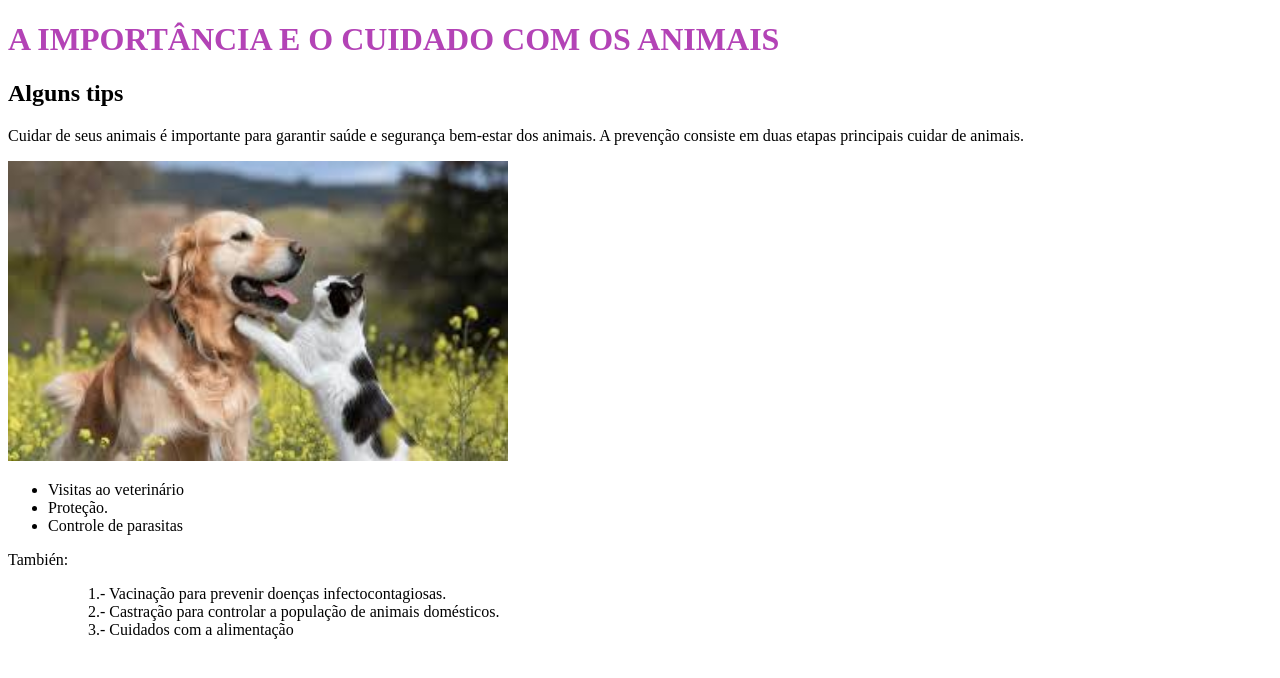
Repository: AnaFzCz/PROYECTOS-HTML---CSS2
Page: Ex_project_1/index.html
These files come from the project's save history. The page is drawn as it stood at one moment and after the next save; the edit follows.
The browser window is 1280 px wide. The pictures show the whole page.

Above is the page before, as saved 2025-01-20 07:02:42.

After the next save:
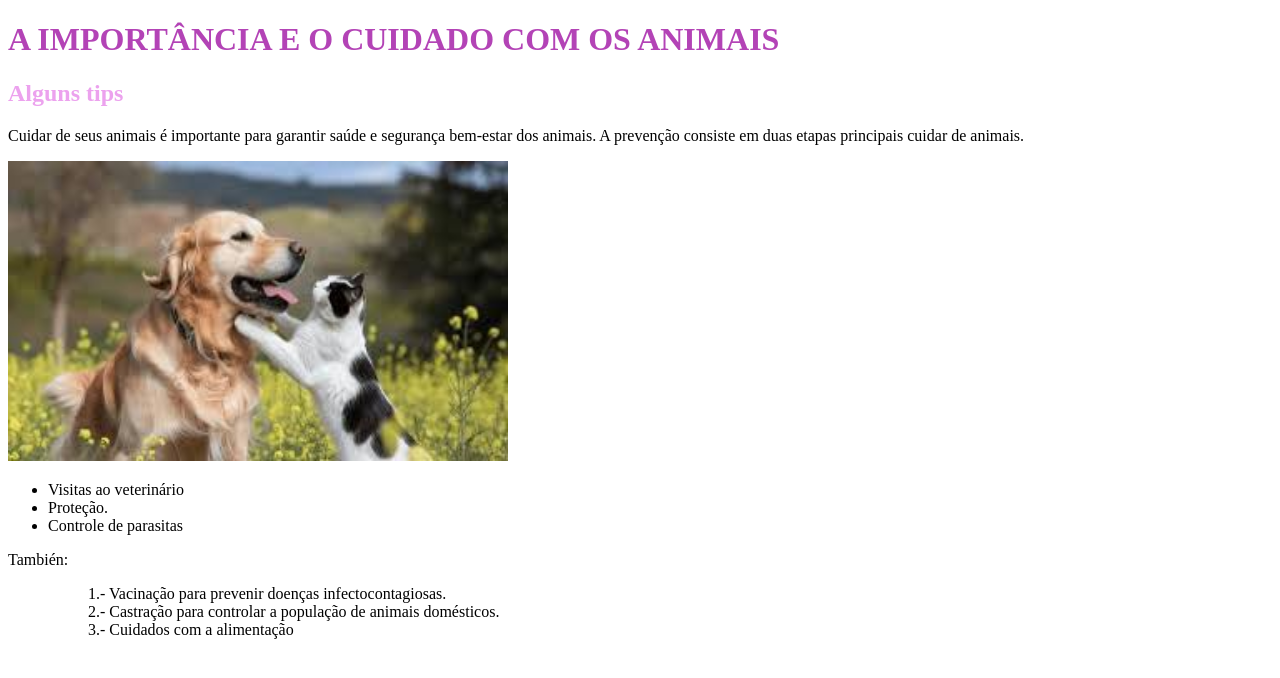
Saved 49 s later.
--- a/Ex_project_1/index.html
+++ b/Ex_project_1/index.html
@@ -5,7 +5,7 @@
 </head>
 <body>
     <h1 style="color:#B343B6">A IMPORTÂNCIA E O CUIDADO COM OS ANIMAIS</h1>
-    <h2>Alguns tips</h2>
+    <h2 style="color:#ECA2EE ">Alguns tips</h2>
     <p>Cuidar de seus animais é importante para garantir saúde e segurança bem-estar dos animais. A prevenção consiste em duas etapas principais cuidar de animais.</p>
     <img src="animales.jpg" alt="animales" style="width:500px;height: 300px;">
 
